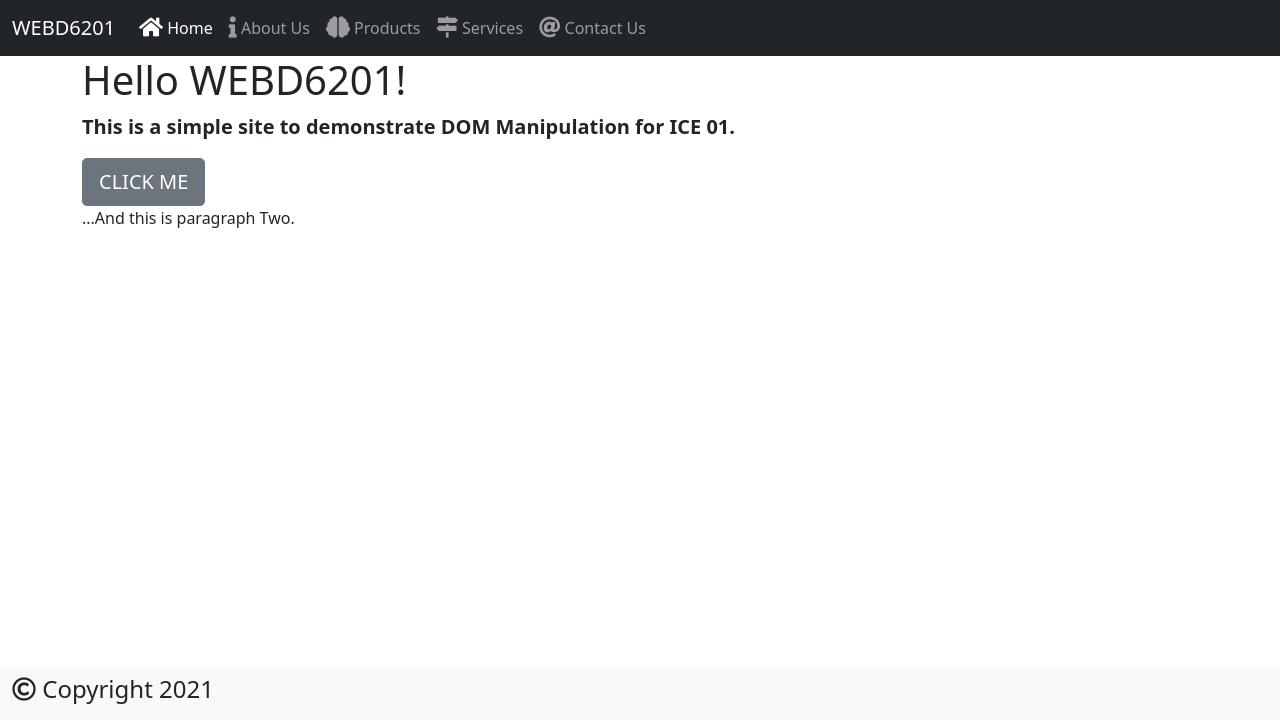
Repository: GarlicButterBoy/WEBD6201-Week1
Page: index.html
The author's editor kept a copy of each file at every save. The page is drawn from the files as they stood at one save, then again after the next save.
The browser window is 1280 px wide. The pictures show the whole page.

Above is the page before, as saved 2021-01-21 08:20:56.

After the next save:
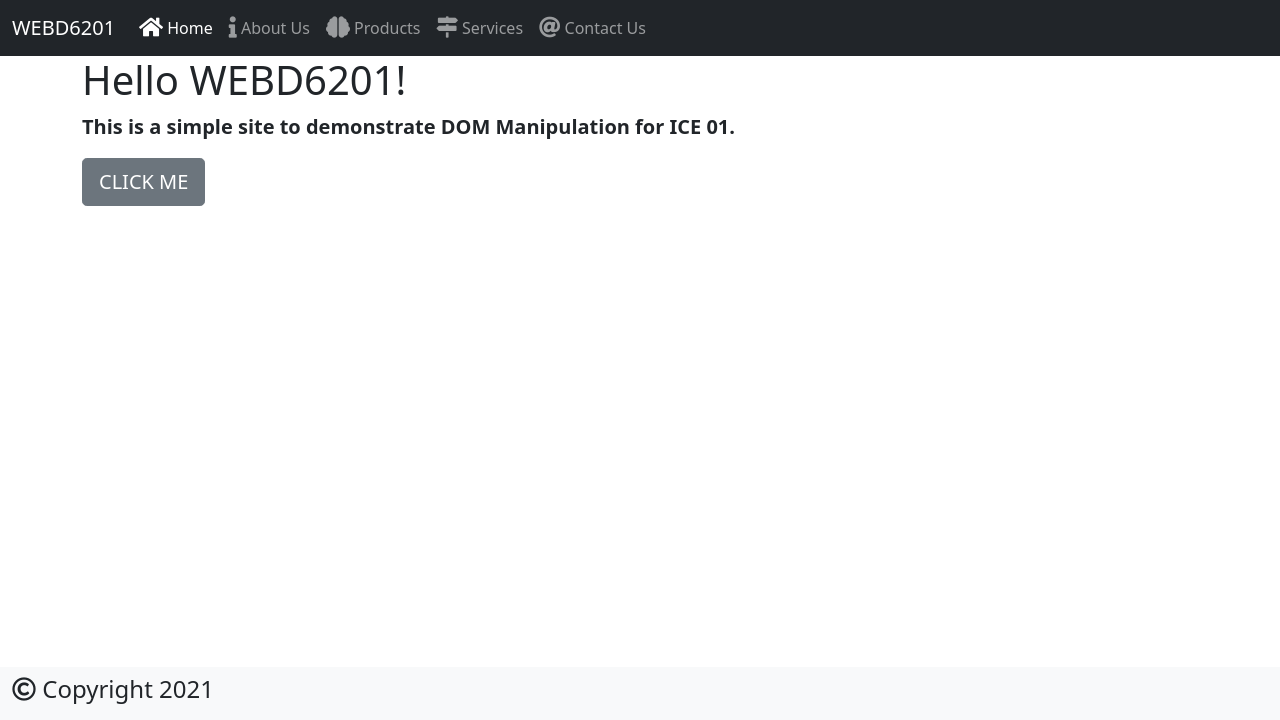
Saved 12 s later.
--- a/Scripts/app.js
+++ b/Scripts/app.js
@@ -31,7 +31,7 @@
        //Step 3. Select the parent
        let paragraphTwoElement = document.getElementsByTagName("main")[0];
        //Step 4. Add/Insert the element
-       paragraphTwoElement.appendChild(newParagraph);
+       //paragraphTwoElement.appendChild(newParagraph);
 
        newParagraph.className = "fs-6";
 

After the 3 saves that followed:
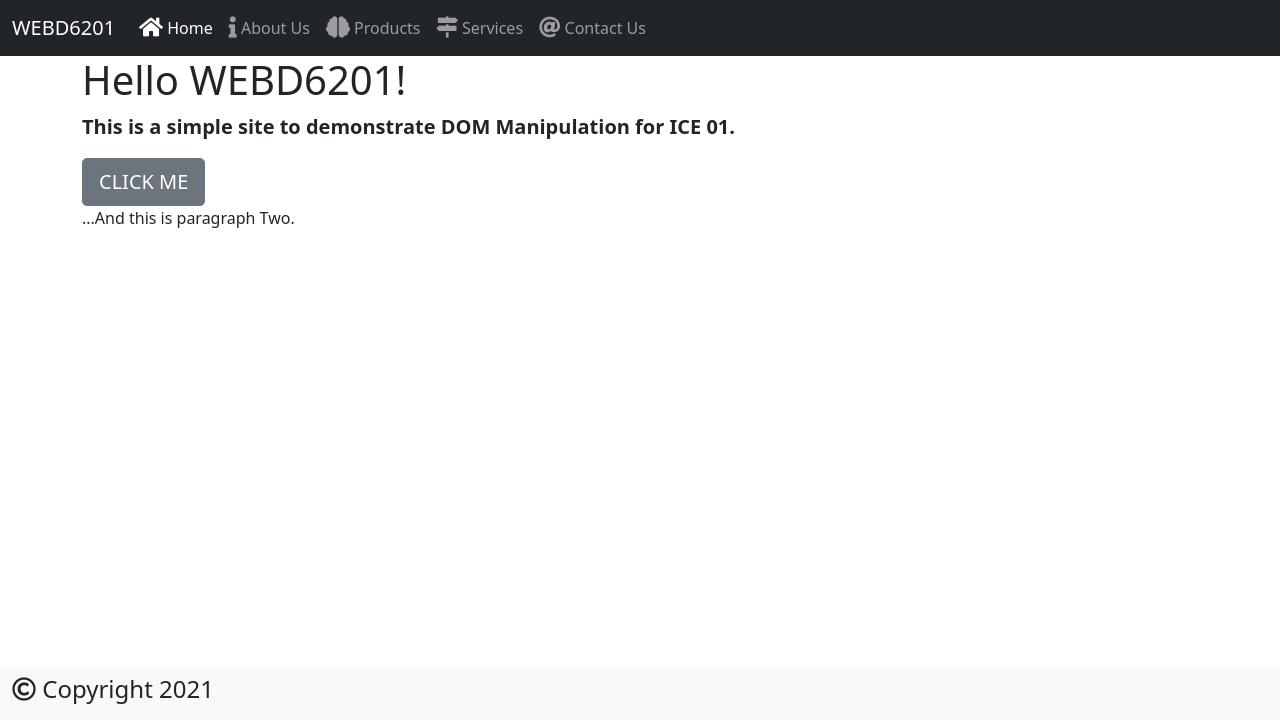
The 3 saves are shown as one change because 1 left the picture as it was and some came seconds apart.
The last was saved 14 s later.
--- a/Scripts/app.js
+++ b/Scripts/app.js
@@ -31,9 +31,9 @@
        //Step 3. Select the parent
        let paragraphTwoElement = document.getElementsByTagName("main")[0];
        //Step 4. Add/Insert the element
-       //paragraphTwoElement.appendChild(newParagraph);
+       paragraphTwoElement.appendChild(newParagraph);
 
-       newParagraph.className = "fs-6";
+       paragraphTwo.className = "fs-6";
 
        for (let index = 0; index < 5; index++)
        {
